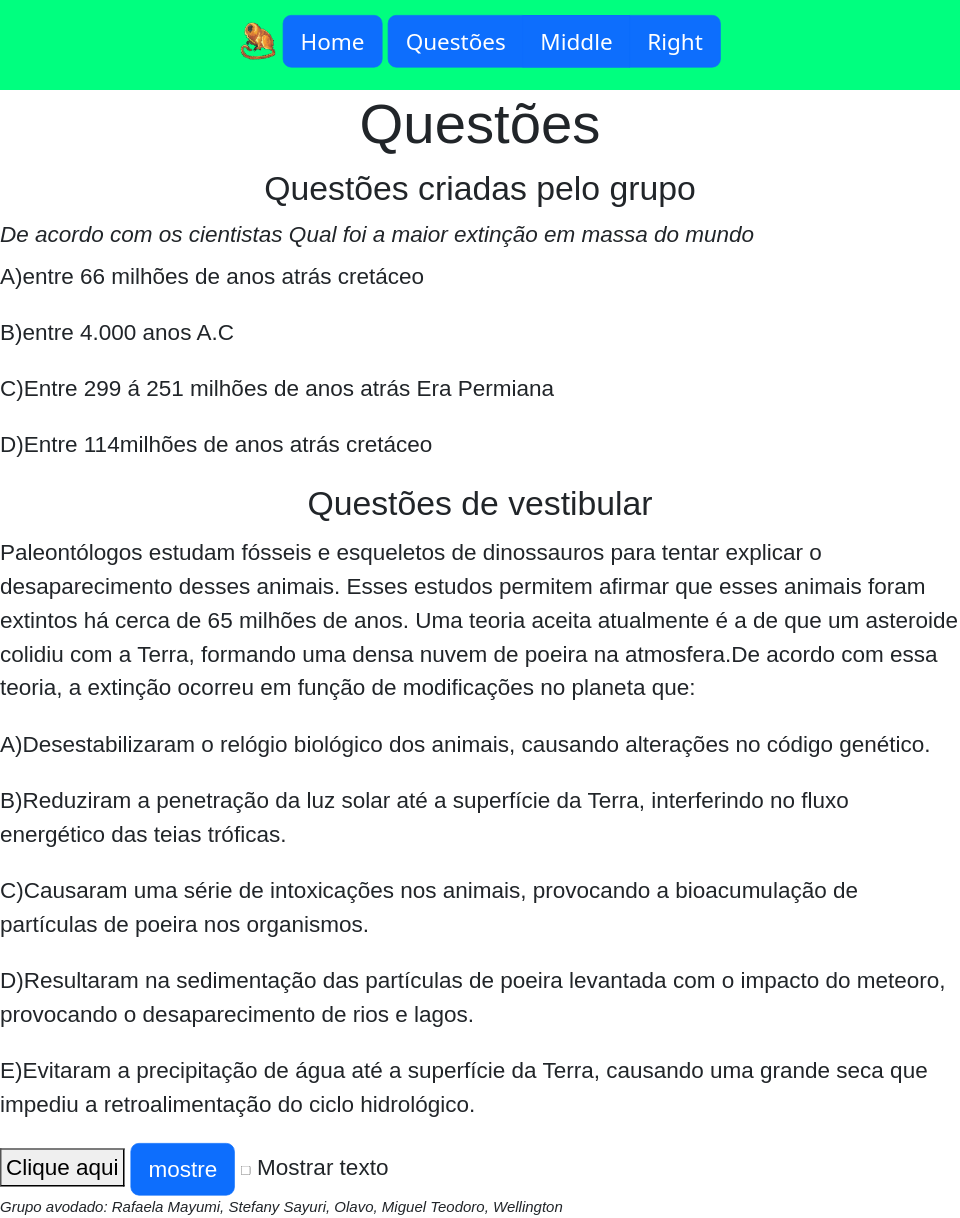
Repository: OlavoSchiavi/Site-de-biologia
Page: quest.html
The author's editor kept a copy of each file at every save. The page is drawn from the files as they stood at one save, then again after the next save.
The browser window is 1280 px wide. The pictures show the whole page, at 75% of full size.

Above is the page before, as saved 2023-04-18 21:23:45.
Not found: JS/script.js

### quest.html
<!DOCTYPE html>
<html lang="pt-br">
<head>
    <meta charset="UTF-8">
    <meta http-equiv="X-UA-Compatible" content="IE=edge">
    <meta name="viewport" content="width=device-width, initial-scale=1.0">
    <title>Site de biologia - Questões</title>
    <link rel="stylesheet" href="CSS/style.css">
    <link href="https://cdn.jsdelivr.net/npm/bootstrap@5.3.0-alpha3/dist/css/bootstrap.min.css" rel="stylesheet" integrity="sha384-KK94CHFLLe+nY2dmCWGMq91rCGa5gtU4mk92HdvYe+M/SXH301p5ILy+dN9+nJOZ" crossorigin="anonymous">
    <link rel="icon" href="imagens/monkey.png" type="image/png">
    <link rel="stylesheet" href="JS/script.js">
    <link rel="icon" type="image/png" href="imagens/arara.png">
</head>
<body>
    <header>
        <nav class="mapa">
            <img id="logo" src="imagens/monkey.png" alt="Logo">
            <button type="button" class="btn btn-primary">
                <a href="index.html" class="button">Home</a>
            </button>
            <div class="btn-group" role="group" aria-label="Basic example">
                <button type="button" class="btn btn-primary">
                    <a href="quest.html" class="button">Questões</a>
                </button>
                <button type="button" class="btn btn-primary">Middle</button>
                <button type="button" class="btn btn-primary">Right</button>
              </div>
        </nav>
    </header>
    <main>
        <article>
            <section>
                <h1>Questões</h1>
            </section>
            <section>
                <h4>Questões criadas pelo grupo</h4>
                <h6>De acordo com os cientistas Qual foi a maior extinção em massa do mundo</h6>
                <p>A)entre 66 milhões de anos atrás cretáceo</p>
                <p>B)entre 4.000 anos A.C</p>
                <p>C)Entre 299 á 251  milhões de anos atrás Era Permiana</p>
                <p>D)Entre 114milhões de anos atrás cretáceo</p>
            </section>
            <section>
                <h4>Questões de vestibular</h4>
                <p>Paleontólogos estudam fósseis e esqueletos de dinossauros para tentar explicar o desaparecimento desses animais. Esses estudos permitem afirmar que esses animais foram extintos há cerca de 65 milhões de anos. Uma teoria aceita atualmente é a de que um asteroide colidiu com a Terra, formando uma densa nuvem de poeira na atmosfera.De acordo com essa teoria, a extinção ocorreu em função de modificações no planeta que:</p>
                    <p>A)Desestabilizaram o relógio biológico dos animais, causando alterações no código genético.</p>
                    <p>B)Reduziram a penetração da luz solar até a superfície da Terra, interferindo no fluxo energético das teias tróficas.</p>
                    <p>C)Causaram uma série de intoxicações nos animais, provocando a bioacumulação de partículas de poeira nos organismos.</p>
                    <p>D)Resultaram na sedimentação das partículas de poeira levantada com o impacto do meteoro, provocando o desaparecimento de rios e lagos.</p>
                    <p>E)Evitaram a precipitação de água até a superfície da Terra, causando uma grande seca que impediu a retroalimentação do ciclo hidrológico.</p>

                    <div id="texto"></div>

                    <button id="botao" onclick="mostrarTexto()">Clique aqui</button>

                    <script>
                    function mostrarTexto() {
                    var texto = "Este é o texto que será exibido";
                    document.getElementById("texto").innerHTML = texto;
                    }
                    </script>


                    <button type="button" class="btn btn-primary" data-bs-toggle="button">mostre
                        <script>
                            function mostrarTexto() {
                              var checkbox = document.getElementById("checkbox");
                              var texto = document.getElementById("texto");
                              if (checkbox.checked) {
                                texto.innerHTML = "Este é o texto que será exibido";
                              } else {
                                texto.innerHTML = "";
                              }
                            }
                            </script>
                    </button>

                    <input type="checkbox" id="checkbox" onclick="mostrarTexto()"> Mostrar texto
                    <div id="texto"></div>
                    <script>
                    function mostrarTexto() {
                    var checkbox = document.getElementById("checkbox");
                    var texto = document.getElementById("texto");
                    if (checkbox.checked) {
                        texto.innerHTML = "Este é o texto que será exibido";
                    } else {
                        texto.innerHTML = "";
                    }
                    }
                    </script>

            </section>
        </article>
    </main>
    <footer style="font-size: 20px; font-style: italic;">
        Grupo avodado: Rafaela Mayumi, Stefany Sayuri, Olavo, Miguel Teodoro, Wellington
    </footer>
</body>
</html>

### CSS/style.css
header{
    padding: 20px;
    height: 120px;
    background-color:springgreen;
}
.arara{
    width: 20%;
    float: right;
}
#logo{
    width: 50px;
}

body,main,footer,html{
    font-family: Arial, Helvetica, sans-serif;
    font-size: 30px;
}
.button{
    color:white;
    text-decoration: none;
}
.mapa{
    text-align: center;
}
h1,h4{
    text-align: center;
}
h6{
    font-style:oblique;
}

After the next save:
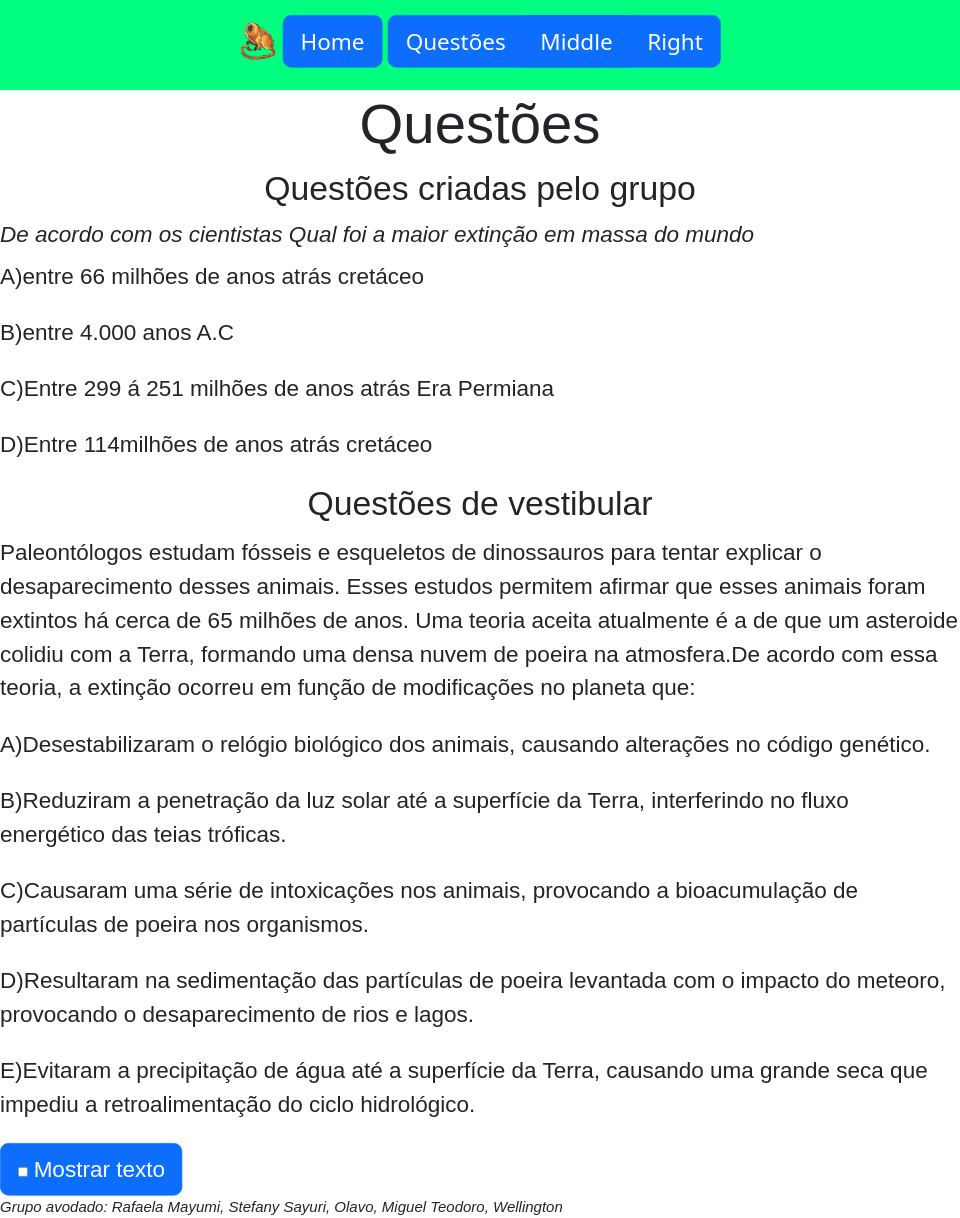
Saved 2 min 33 s later.
--- a/quest.html
+++ b/quest.html
@@ -49,45 +49,23 @@
                     <p>D)Resultaram na sedimentação das partículas de poeira levantada com o impacto do meteoro, provocando o desaparecimento de rios e lagos.</p>
                     <p>E)Evitaram a precipitação de água até a superfície da Terra, causando uma grande seca que impediu a retroalimentação do ciclo hidrológico.</p>
 
-                    <div id="texto"></div>
+                    <button type="button" class="btn btn-primary" data-bs-toggle="button">
+                        <input type="checkbox" id="checkbox" onclick="mostrarTexto()"> Mostrar texto
 
-                    <button id="botao" onclick="mostrarTexto()">Clique aqui</button>
+                        <div id="texto"></div>
 
-                    <script>
-                    function mostrarTexto() {
-                    var texto = "Este é o texto que será exibido";
-                    document.getElementById("texto").innerHTML = texto;
-                    }
-                    </script>
-
-
-                    <button type="button" class="btn btn-primary" data-bs-toggle="button">mostre
                         <script>
-                            function mostrarTexto() {
-                              var checkbox = document.getElementById("checkbox");
-                              var texto = document.getElementById("texto");
-                              if (checkbox.checked) {
-                                texto.innerHTML = "Este é o texto que será exibido";
-                              } else {
-                                texto.innerHTML = "";
-                              }
-                            }
-                            </script>
+                        function mostrarTexto() {
+                        var checkbox = document.getElementById("checkbox");
+                        var texto = document.getElementById("texto");
+                        if (checkbox.checked) {
+                            texto.innerHTML = "Este é o texto que será exibido";
+                        } else {
+                            texto.innerHTML = "";
+                        }
+                        }
+                        </script>
                     </button>
-
-                    <input type="checkbox" id="checkbox" onclick="mostrarTexto()"> Mostrar texto
-                    <div id="texto"></div>
-                    <script>
-                    function mostrarTexto() {
-                    var checkbox = document.getElementById("checkbox");
-                    var texto = document.getElementById("texto");
-                    if (checkbox.checked) {
-                        texto.innerHTML = "Este é o texto que será exibido";
-                    } else {
-                        texto.innerHTML = "";
-                    }
-                    }
-                    </script>
 
             </section>
         </article>
